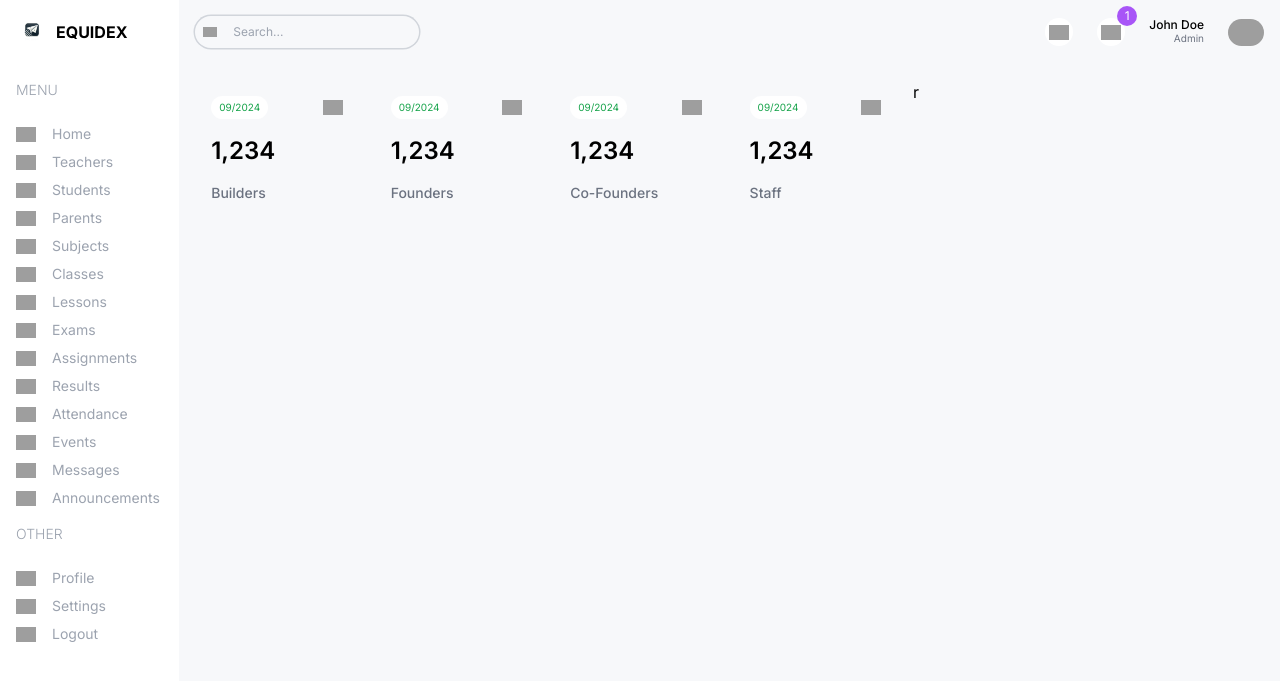
Repository: MikeeBuilds/equidex
Page: /admin
These files come from the project's save history. The page is drawn as it stood at one moment and after a run of saves; the edit follows.
The browser window is 1280 px wide. The pictures show the whole page.
Pictures or frames that could not be fetched are drawn as grey boxes. The project was rebuilt for these pictures with package versions that can differ from the ones it lists, and the page was loaded fresh each time. The framework's server and built-in components were replaced by stand-ins that run in the browser. Also part of the build but not shown: next.config.mjs.

Above is the page before, as saved 2024-09-24 18:35:00.

After the next 3 saves:
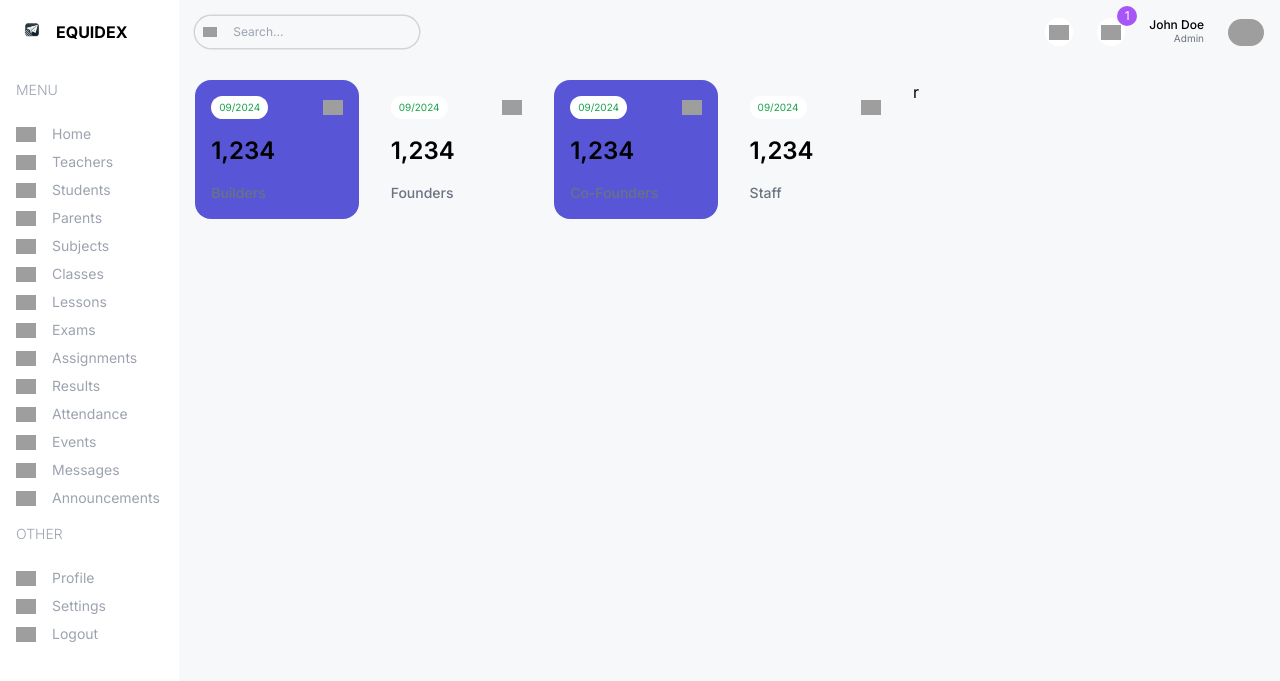
The 3 saves are shown as one change because they came seconds apart.
The last was saved 18 s later.
--- a/src/components/UserCard.tsx
+++ b/src/components/UserCard.tsx
@@ -3,7 +3,7 @@ import React from 'react'
 
 const UserCard = ({type}:{type:string}) => {
   return (
-    <div className='rounded-2xl odd:bg-dexBlue even:bg-dexPink p-4 flex-1 min-w-[130px]'>
+    <div className='rounded-2xl odd:bg-dexPurple even:bg-dexPink p-4 flex-1 min-w-[130px]'>
         <div className='flex justify-between items-center'>
             <span className='text-[10px] bg-white px-2 py-1 rounded-full text-green-600'>09/2024</span>
             <Image src="/more.png" alt='more' width={20} height={20} />
